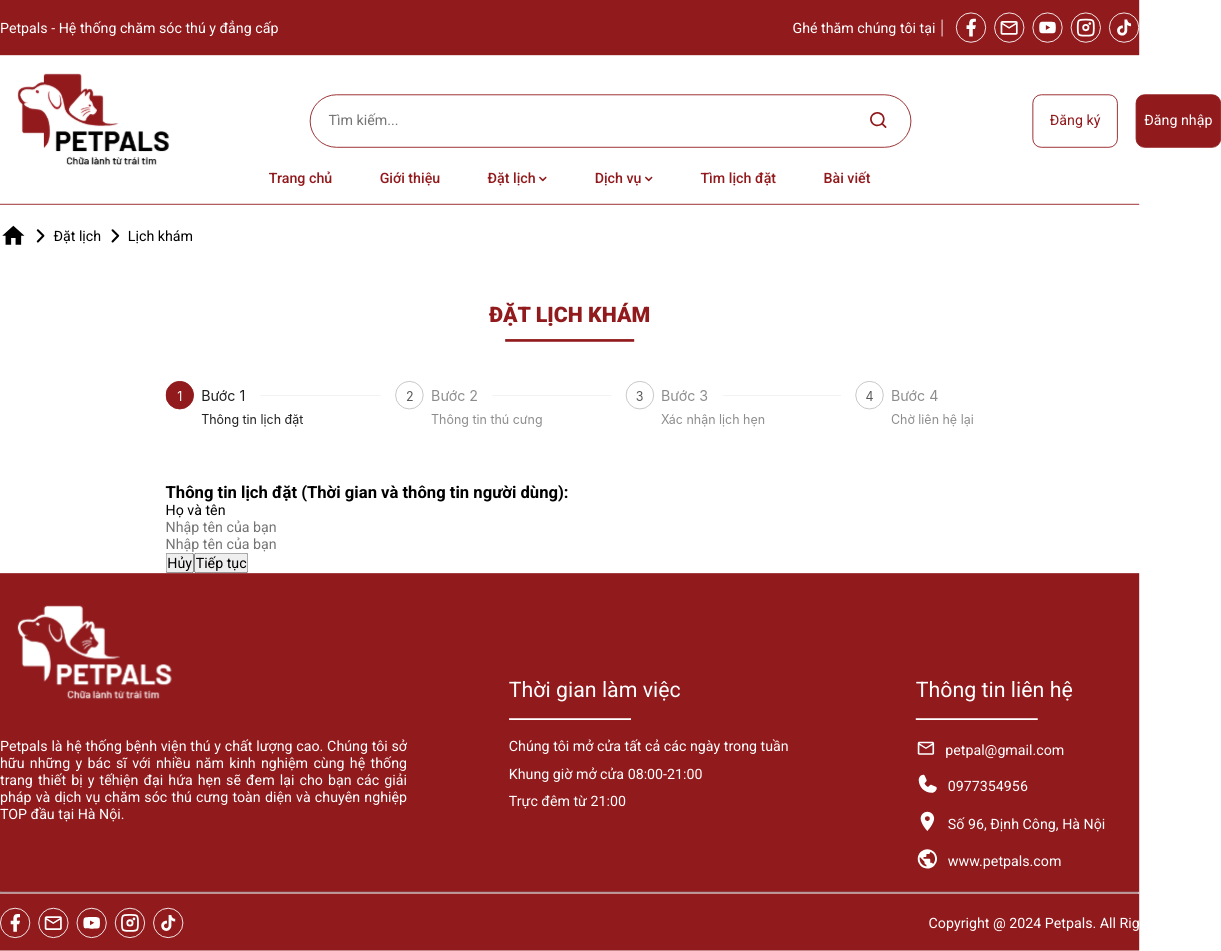
Repository: ahntrung1909/Petpals
Page: /dat-lich/kham-benh (app in petpals-user-main/)
These files come from the project's save history. The page is drawn as it stood at one moment and after the next save; the edit follows.
The browser window is 1280 px wide. The page is 1372 px wide, so the pictures cover 1372 px, including what lies to the right of the window. The pictures show the whole page, at 89% of full size.
The project was rebuilt for these pictures with package versions that can differ from the ones it lists, and the page was loaded fresh each time. The framework's server and built-in components were replaced by stand-ins that run in the browser. Also part of the build but not shown: petpals-user-main/next.config.js, petpals-user-main/next.config.mjs.

Above is the page before, as saved 2024-04-10 21:47:36.

### petpals-user-main/src/app/layout.js
import { Footer } from "@/components/Footer/Footer";
import "./global.scss";
import { Header } from "@/components/Header/Header";
import { ToastContainer } from "react-toastify";
import "react-toastify/dist/ReactToastify.css";

export const metadata = {
  title: "Petpals - Chữa lành từ trái tim",
  description: "Petpals",
};

export default function RootLayout({ children }) {
  return (
    <html lang="en">
      <body>
        <Header />
        <ToastContainer />
        {children}
        <Footer />
      </body>
    </html>
  );
}

### petpals-user-main/src/app/dat-lich/kham-benh/page.js
"use client";
import "./style.scss";
import React, { useState } from "react";
import { Steps } from "antd";
import StepItem from "./StepItem";

export default function page() {
  const [bookingInfo, setBookingInfo] = useState({
    id: "",
    userName: "",
    userEmail: "",
    userPhone: "",
  });
  const [current, setCurrent] = useState(0);
  return (
    <main>
      <div className="breadcrumb">
        <img src="/icon/ic_baseline-home.svg" alt="" />
        <img src="/icon/iconamoon_arrow-right-2.svg" alt="" />
        <p>Đặt lịch</p>
        <img src="/icon/iconamoon_arrow-right-2.svg" alt="" />
        <p>Lịch khám</p>
      </div>
      <section className="booking-section">
        <div className="section-heading">ĐẶT LỊCH KHÁM</div>
        <div className="booking-wrapper">
          <Steps
            style={{ marginBottom: "60px" }}
            current={current}
            items={[
              {
                title: "Bước 1",
                description: "Thông tin lịch đặt",
              },
              {
                title: "Bước 2",
                description: "Thông tin thú cưng",
              },
              {
                title: "Bước 3",
                description: "Xác nhận lịch hẹn",
              },
              {
                title: "Bước 4",
                description: "Chờ liên hệ lại",
              },
            ]}
          />
          <StepItem step={current} />
          <div className="btn-wrapper">
            <button
              className="btn prev-btn"
              onClick={() => {
                setCurrent(current - 1);
              }}
            >
              Hủy
            </button>
            <button
              className="btn next-btn"
              onClick={() => {
                setCurrent(current + 1);
              }}
            >
              Tiếp tục
            </button>
          </div>
        </div>
      </section>
    </main>
  );
}

### petpals-user-main/src/components/Footer/Footer.js
import { Socialicon } from "../Socialicon/Socialicon";
import "./style.scss";
export const Footer = () => {
  return (
    <footer>
      <div className="row row-1">
        <div className="logo">
          <img src="/img/logo_am_ban.svg" alt="" />
        </div>
        <div className="working-time">Thời gian làm việc</div>
        <div className=" contact-info">Thông tin liên hệ</div>
      </div>
      <div className="row">
        <div className="about">
          Petpals là hệ thống bệnh viện thú y chất lượng cao. Chúng tôi sở hữu
          những y bác sĩ với nhiều năm kinh nghiệm cùng hệ thống trang thiết bị
          y tếhiện đại hứa hẹn sẽ đem lại cho bạn các giải pháp và dịch vụ chăm
          sóc thú cưng toàn diện và chuyên nghiệp TOP đầu tại Hà Nội.
        </div>
        <ul className="working-time-more">
          <li>Chúng tôi mở cửa tất cả các ngày trong tuần</li>
          <li>Khung giờ mở cửa 08:00-21:00</li>
          <li>Trực đêm từ 21:00</li>
        </ul>
        <ul className="contact-info-more">
          <li className="contact-item">
            <span>
              <img src="/icon/material-symbols_mail-outline.svg" alt="" />
            </span>
            petpal@gmail.com
          </li>
          <li className="contact-item">
            <span>
              <img src="/icon/ph_phone-fill.svg" alt="" />
            </span>
            0977354956
          </li>
          <li className="contact-item">
            <span>
              <img src="/icon/mdi_location.svg" alt="" />
            </span>
            Số 96, Định Công, Hà Nội
          </li>
          <li className="contact-item">
            <span>
              <img src="/icon/mdi_earth.svg" alt="" />
            </span>
            www.petpals.com
          </li>
        </ul>
      </div>
      <hr />
      <div className="footer-bottom">
        <Socialicon />
        <div>Copyright @ 2024 Petpals. All Rights Reverved</div>
      </div>
    </footer>
  );
};

### petpals-user-main/src/app/global.scss
@import url("https://fonts.googleapis.com/css2?family=Roboto:ital,wght@0,100;0,300;0,400;0,500;0,700;0,900;1,100;1,300;1,400;1,500;1,700;1,900&display=swap");
@import "../style/variable";
* {
  padding: 0;
  margin: 0;
  box-sizing: border-box;
}
body {
  font-family: "Roboto", sans-serif;
  font-size: 16px;
}
a {
  text-decoration: none;
  color: black;
}
ul,
li {
  list-style: none;
}
input,
textarea {
  width: 100%;
  border: none;
  outline: none;
  font-family: "Roboto", sans-serif;
  font-size: 16px;
}
img {
  width: 100%;
}
button {
  font-family: "Roboto", sans-serif;
  font-size: 16px;
}
label {
  font-family: "Roboto", sans-serif;
  font-size: 16px;
}

// custom scroll bar
::-webkit-scrollbar-track {
  background-color: #f5f5f5;
}

::-webkit-scrollbar {
  width: 6px;
  height: 6px;
  background-color: #f5f5f5;
}

::-webkit-scrollbar-thumb {
  background-image: linear-gradient($BROWN_500, $RED_500);
  // border-radius: 10px;
}
::-webkit-scrollbar-thumb:horizontal {
  background-image: linear-gradient(to right, $BROWN_500, $RED_500);
  // border-radius: 10px;
}

### petpals-user-main/src/app/dat-lich/kham-benh/style.scss
@import "../../../style/variable";
@import "../../../style/base";

.booking-wrapper {
  width: 908px;
  margin: 0 auto;
  .ant-steps-item-icon {
    background-color: $BROWN_500 !important;
    border-color: $BROWN_500 !important;
  }
  .ant-steps-item-wait .ant-steps-item-icon {
    background-color: transparent !important;
    border-color: rgba(0, 0, 0, 0.25) !important;
    color: rgba(0, 0, 0, 0.25) !important;
  }
  .ant-steps-item-finish .ant-steps-item-icon {
    background-color: transparent !important;
    .anticon-check {
      color: $BROWN_500;
    }
  }
  .ant-steps
    .ant-steps-item-finish
    > .ant-steps-item-container
    > .ant-steps-item-content
    > .ant-steps-item-title::after {
    background-color: $BROWN_500 !important;
  }
}

### petpals-user-main/src/app/dat-lich/kham-benh/StepItem.js
import React from "react";

export default function StepItem({ step }) {
  if (step === 0) {
    return (
      <form>
        <h3>Thông tin lịch đặt (Thời gian và thông tin người dùng):</h3>
        <div className="input-group">
          <label htmlFor="">Họ và tên</label>
          <input type="text" placeholder="Nhập tên của bạn" />
        </div>
        <div className="input-group">
          <label htmlFor=""></label>
          <input type="text" placeholder="Nhập tên của bạn" />
        </div>
      </form>
    );
  }
  if (step === 1) {
    return <div>Step 2</div>;
  }
  if (step === 2) {
    return <div>Step 3</div>;
  }
  if (step === 3) {
    return <div>Step 4</div>;
  }
}

### petpals-user-main/src/components/Socialicon/Socialicon.js
import "./style.scss";
export const Socialicon = () => {
  return (
    <div className="list-social-icon">
      <div className="icon-item">
        <img src="/icon/ri_facebook-fill.svg" alt="icon-facebook" />
      </div>
      <div className="icon-item">
        <img src="/icon/material-symbols_mail-outline.svg" alt="icon-mail" />
      </div>
      <div className="icon-item">
        <img src="/icon/mdi_youtube.svg" alt="icon-youtube" />
      </div>
      <div className="icon-item">
        <img src="/icon/lets-icons_insta.svg" alt="icon-insta" />
      </div>
      <div className="icon-item">
        <img src="/icon/ic_baseline-tiktok.svg" alt="icon-tiktok" />
      </div>
    </div>
  );
};

### petpals-user-main/src/components/Footer/style.scss
@import "../../style/variable";
footer {
  display: block;
  width: 100vw;
  height: 424px;
  background-color: $BROWN_500;
  padding: 20px 0;
}
.row {
  width: 1372px;
  margin: 0 auto;
  display: grid;
  grid-template-columns: repeat(12, 1fr);
  row-gap: 20px;
  color: white;
  margin-bottom: 20px;
}
.row-1 {
  align-items: flex-end;
}
.logo {
  width: 214px;
  grid-column: 1/5;
}
.working-time {
  grid-column: 6/10;
  position: relative;
  font-size: 24px;
  padding-bottom: 20px;
  &::after {
    content: "";
    width: 137px;
    height: 2px;
    background-color: white;
    position: absolute;
    left: 0;
    bottom: 0;
  }
}
.contact-info {
  position: relative;
  grid-column: 10/13;
  font-size: 24px;
  padding-bottom: 20px;
  &::after {
    content: "";
    width: 137px;
    height: 2px;
    background-color: white;
    position: absolute;
    left: 0;
    bottom: 0;
  }
}
.about {
  grid-column: 1/5;
  text-align: justify;
}
.working-time-more {
  grid-column: 6/10;
  display: flex;
  flex-direction: column;
  gap: 12px;
}
.contact-info-more {
  grid-column: 10/13;
  display: flex;
  flex-direction: column;
  gap: 12px;
}
.contact-item {
  display: flex;
  gap: 10px;
  align-items: center;
}
.footer-bottom {
  width: 1372px;
  margin: 0 auto;
  margin-top: 16px;
  color: white;
  display: flex;
  align-items: center;
  justify-content: space-between;
}

### petpals-user-main/src/style/_variable.scss
$BROWN_50: rgb(244, 232, 232);
$BROWN_100: rgb(221, 184, 185);
$BROWN_200: rgb(204, 150, 151);
$BROWN_300: rgb(181, 102, 104);
$BROWN_400: rgb(167, 72, 74);
$BROWN_500: rgb(145, 26, 29);
$BROWN_600: rgb(132, 24, 26);
$BROWN_700: rgb(103, 18, 21);
$BROWN_800: rgb(80, 14, 16);
$BROWN_900: rgb(61, 11, 12);
$RED_50: rgb(255, 247, 247);
$RED_100: rgb(255, 230, 231);
$RED_200: rgb(255, 217, 219);
$RED_300: rgb(255, 200, 202);
$RED_400: rgb(255, 189, 192);
$RED_500: rgb(255, 173, 176);
$RED_600: rgb(232, 157, 160);
$RED_700: rgb(181, 123, 125);
$RED_800: rgb(140, 95, 97);
$RED_900: rgb(107, 73, 74);
$BROWN_DARK_50: rgb(236, 233, 233);
$BROWN_DARK_100: rgb(195, 186, 186);
$BROWN_DARK_200: rgb(165, 152, 152);
$BROWN_DARK_300: rgb(124, 105, 106);
$BROWN_DARK_400: rgb(99, 76, 77);
$BROWN_DARK_500: rgb(60, 31, 32);
$BROWN_DARK_600: rgb(55, 28, 29);
$BROWN_DARK_700: rgb(43, 22, 23);
$BROWN_DARK_800: rgb(33, 17, 18);
$BROWN_DARK_900: rgba(25, 13, 13, 0.2);

### petpals-user-main/src/components/Header/style.scss
@import "../../style/_variable";

header {
  height: 230px;
  border-bottom: 1px solid $BROWN_500;
}
div:has(.wrap):nth-child(1) {
  background-color: $BROWN_500;
  height: 62px;
  display: flex;
  align-items: center;
}
.wrap {
  width: 1372px;
  margin: 0 auto;
}
.top-header {
  display: flex;
  justify-content: space-between;
  align-items: center;
  color: white;
}
.social-connect {
  display: flex;
  align-items: center;
  gap: 15px;
}
.social-connect > p {
  padding: 0px 7px;
  border-right: 1px solid white;
}
div:has(.wrap):nth-child(2) {
  padding-top: 18px;
}
.main-header {
  display: flex;
  align-items: center;
  justify-content: space-between;
}
.petpals-logo {
  display: block;
  width: 211px;
  height: 111px;
}
.header-main-right {
  display: flex;
  width: 1024px;
  justify-content: space-between;
  align-items: center;
}
.search-input {
  display: flex;
  position: relative;

  input {
    width: 676px;
    height: 60px;
    padding: 0px 60px 0px 20px;
    border: 1px solid $BROWN_500;
    border-radius: 99px;
    display: flex;
    justify-content: center;
    align-items: center;
  }
  .icon-item {
    right: 20px;
    top: 50%;
    transform: translateY(-50%);
    position: absolute;
    cursor: pointer;
  }
}
.btn-group {
  display: flex;
  gap: 20px;
  text-align: center;
  .btn {
    display: flex;
    justify-content: center;
    align-items: center;
    width: 96px;
    height: 60px;
    border: 1px solid $BROWN_500;
    border-radius: 10px;
    color: $BROWN_500;
  }
  .btn:nth-child(1):hover {
    background-color: $BROWN_500;
    color: white;
  }
  .btn:nth-child(2) {
    color: white;
    background-color: $BROWN_500;
    &:hover {
      background-color: $BROWN_300;
    }
  }
}
.nav {
  display: flex;
  align-items: center;
  justify-content: space-between;
  width: 676px;
  margin: 0 auto;
  color: $BROWN_500;
  font-weight: 500;
  z-index: 99;

  &-item {
    display: flex;
    position: relative;
    align-items: center;
    cursor: pointer;
    padding-bottom: 8px;
    &.active > span,
    &.active > a {
      font-weight: 900;
    }
    &:hover .sub-nav:not(.nav-2) {
      display: flex;
    }
    span {
      display: flex;
      justify-content: center;
      align-items: center;
      color: $BROWN_500;
    }
    a {
      display: flex;
      justify-content: center;
      align-items: center;
      color: $BROWN_500;
      width: 100%;
      height: 100%;
    }
    &:hover > a {
      color: $RED_500;
    }
    &:hover > span {
      color: $RED_500;
    }
  }
}
.sub-nav {
  position: absolute;
  z-index: 99;
  top: 100%;
  left: 0;
  border-radius: 10px;
  box-shadow: 0 15px 15px 15px rgba(0, 0, 0, 0.05);
  box-shadow: 0 15px 15px rgba(0, 0, 0, 0.1);
  border: 0.5px solid rgba(0, 0, 0, 0.15);
  background-color: white;
  padding: 8px;
  display: none;
  flex-direction: column;
  gap: 8px;
  &.nav-2 {
    position: absolute;
    top: 0;
    left: 100%;
    transform: translate(8px, -8px);
    display: none;
  }
  &-item {
    position: relative;
    display: flex;
    align-items: center;
    justify-content: space-between;
    &::after {
      content: "";
      width: 8px;
      height: 100%;
      position: absolute;
      top: 0;
      right: -8px;
    }
    &:hover {
      background-color: rgba(0, 0, 0, 0.05);
    }
    &:hover .sub-nav.nav-2 {
      display: flex;
    }
    a {
      width: 100%;
      height: 100%;
      display: flex;
      justify-content: left;
      padding: 12px 16px;
    }
    span {
      padding: 12px 16px;
    }
    &-active > span,
    &-active > a {
      font-weight: 600;
    }
  }
}
.user-login-controller {
  display: flex;
  align-items: center;
  gap: 8px;
  cursor: pointer;
  position: relative;

  &:hover .sub-nav {
    display: flex;
    left: inherit;
    right: 0;
  }
}

### petpals-user-main/src/style/_base.scss
.section-heading {
  width: fit-content;
  margin: 60px auto;
  color: $BROWN_500;
  position: relative;
  font-size: 24px;
  font-weight: 800;
  text-transform: uppercase;
  &::after {
    content: "";
    width: 80%;
    height: 3px;
    position: absolute;
    bottom: -16px;
    left: 50%;
    transform: translateX(-50%);
    background-color: $BROWN_500;
  }
}
.breadcrumb {
  width: 1372px;
  margin: 0 auto;
  display: flex;
  align-items: center;
  padding-top: 20px;
  img {
    width: 30px;
    height: 30px;
  }
}

### petpals-user-main/src/components/Socialicon/style.scss
.list-social-icon {
  display: flex;
  gap: 9px;
}
.icon-item {
  width: 34px;
  height: 34px;
  border: 1px solid white;
  padding: 4px;
  border-radius: 99px;
  display: flex;
  justify-content: center;
  align-items: center;
}

Loaded but not shown: petpals-user-main/src/components/Header/Header.js (271 lines, source omitted)

After the next save:
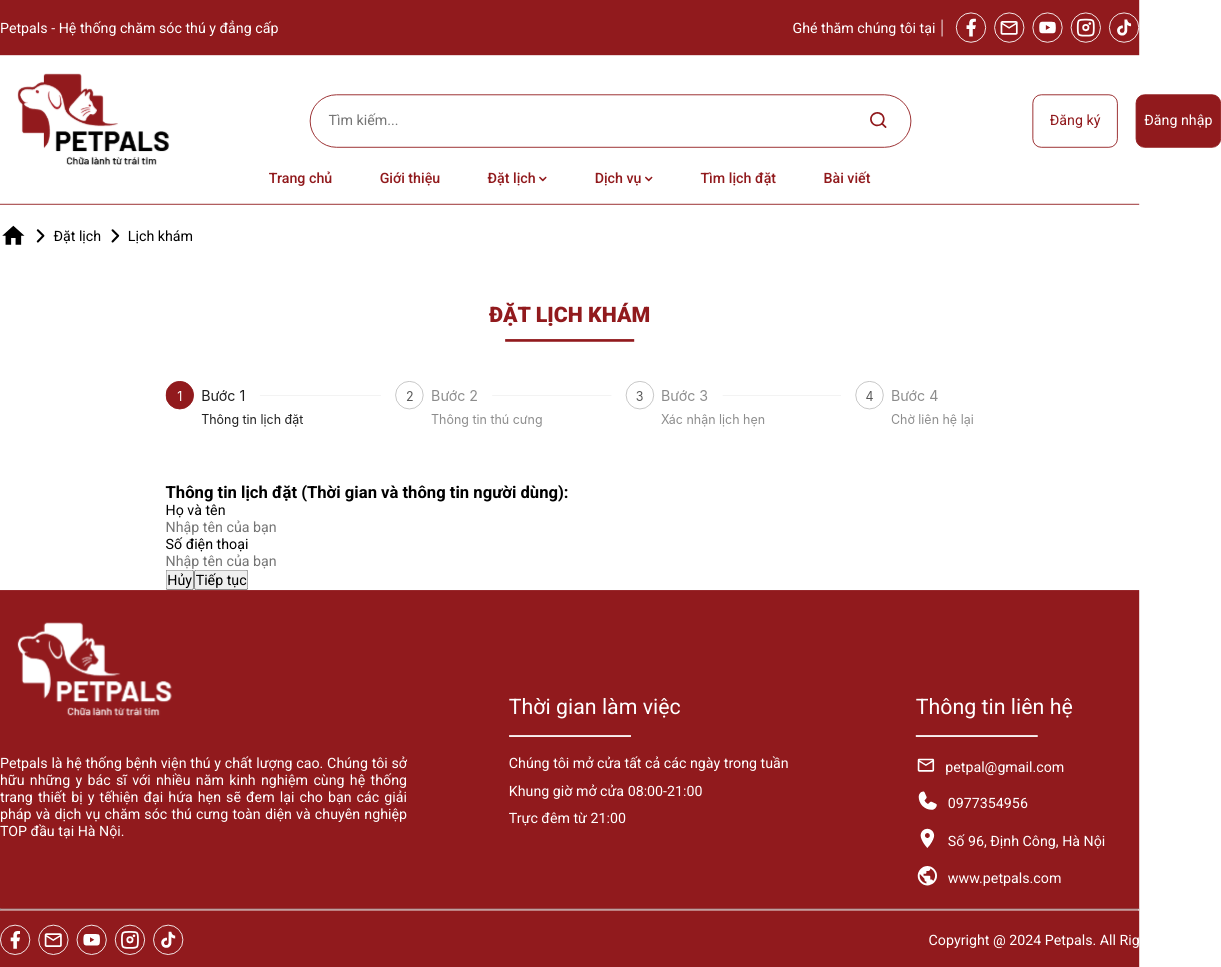
Saved 8 s later.
--- a/petpals-user-main/src/app/dat-lich/kham-benh/StepItem.js
+++ b/petpals-user-main/src/app/dat-lich/kham-benh/StepItem.js
@@ -10,7 +10,7 @@ export default function StepItem({ step }) {
           <input type="text" placeholder="Nhập tên của bạn" />
         </div>
         <div className="input-group">
-          <label htmlFor=""></label>
+          <label htmlFor="">Số điện thoại</label>
           <input type="text" placeholder="Nhập tên của bạn" />
         </div>
       </form>
